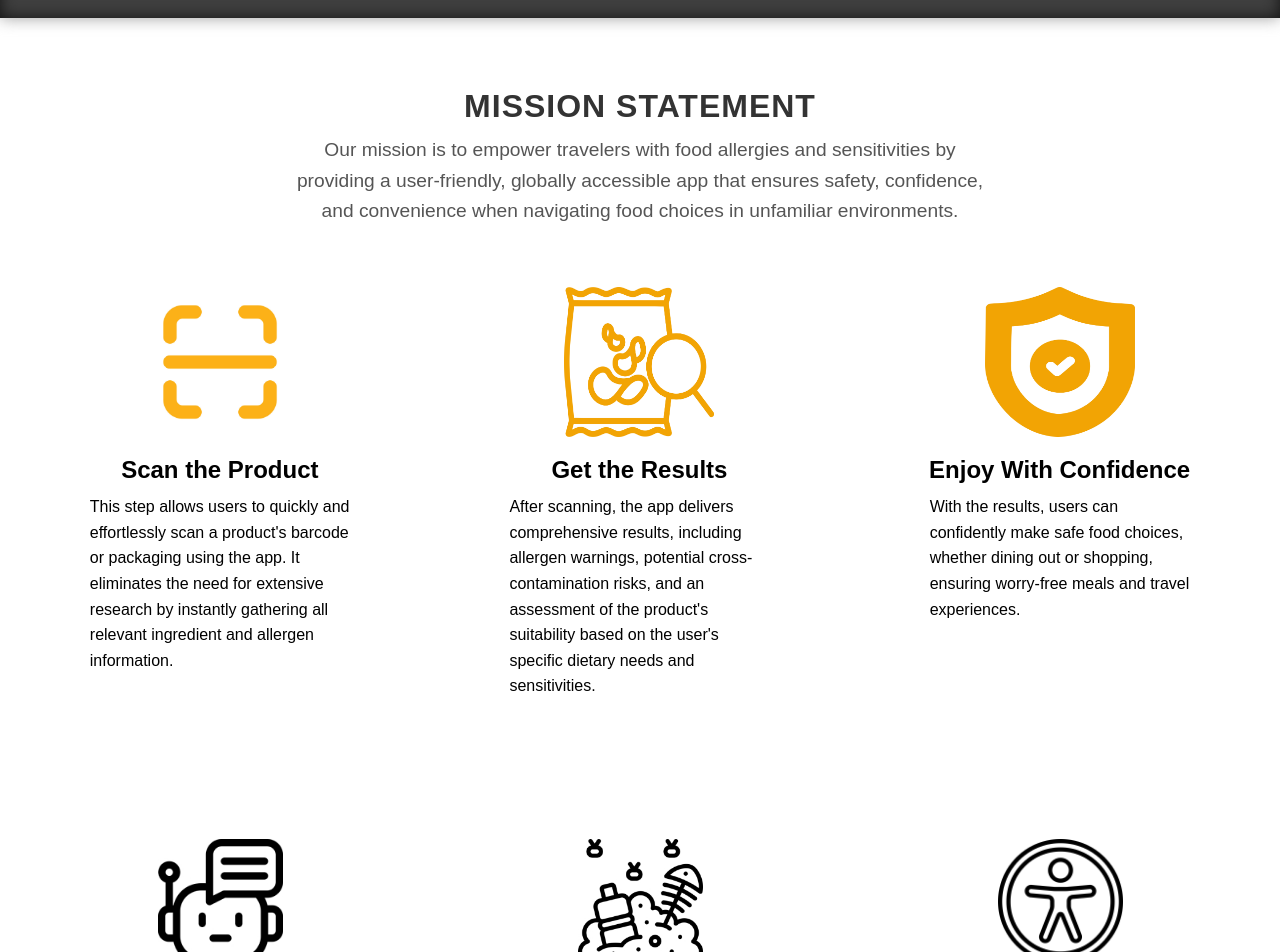
Repository: GavinPahal/landingpage
Page: /
An editor plug-in stored every save of this project. The page is shown before and after a run of saves, followed by the edit.
The browser window is 1280 px wide. The pictures show the part of the page from y = 702 to 1654 px (the page is 1984 px tall).
Pictures or frames that could not be fetched are drawn as grey boxes. The project was rebuilt for these pictures with package versions that can differ from the ones it lists, and the page was loaded fresh each time. The framework's server and built-in components were replaced by stand-ins that run in the browser. Also part of the build but not shown: next.config.mjs.

Above is the page before, as saved 2024-11-28 17:56:31.

After the next 2 saves:
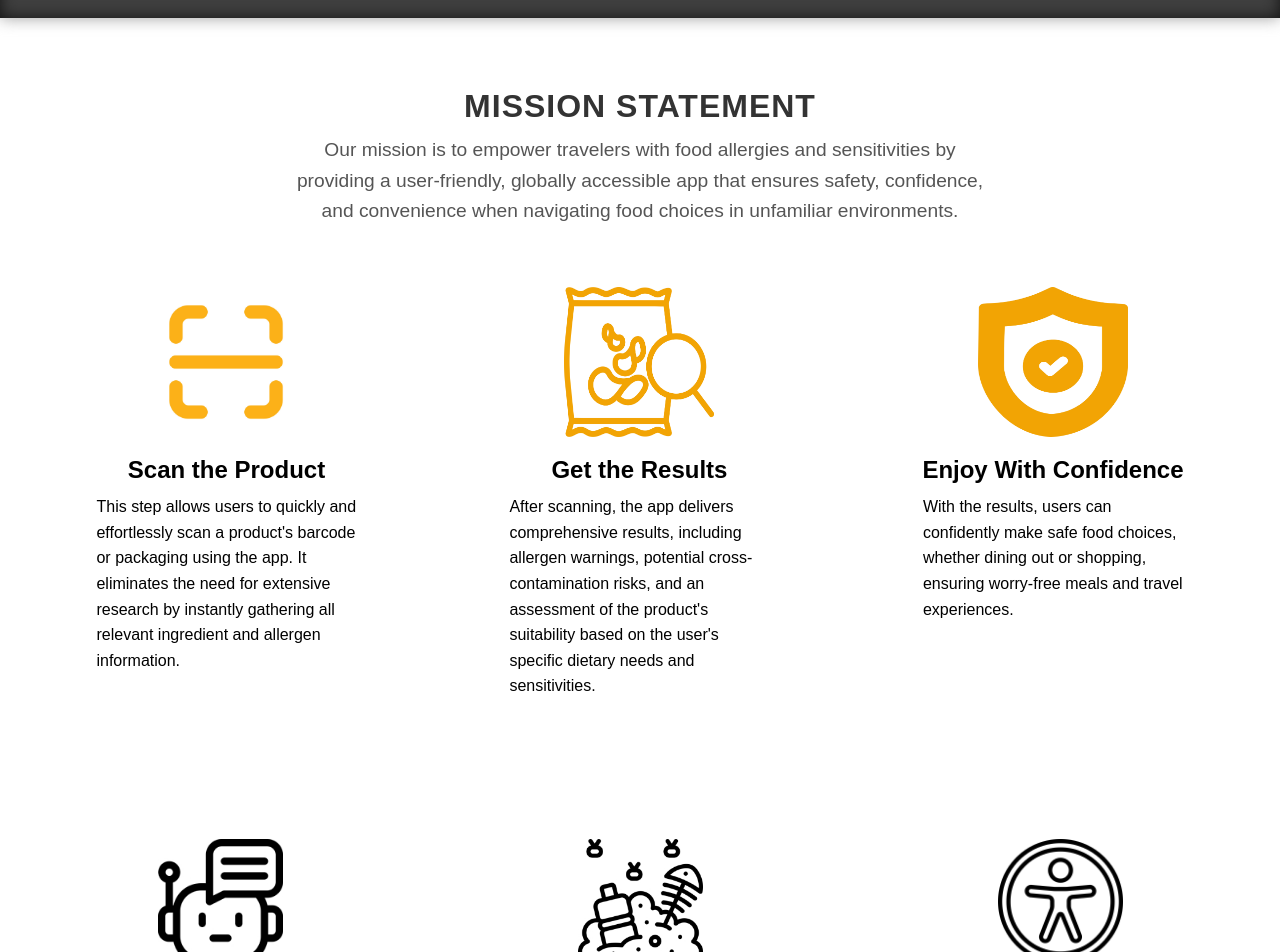
The 2 saves are shown as one change because they came seconds apart.
The last was saved 10 s later.
--- a/styles/globals.css
+++ b/styles/globals.css
@@ -182,7 +182,7 @@ body {
   display: flex;
   flex-wrap: wrap;
   justify-content: space-around;
-  gap: 20px;
+  gap: 0px;
   margin-bottom: 40px;
 }
 
